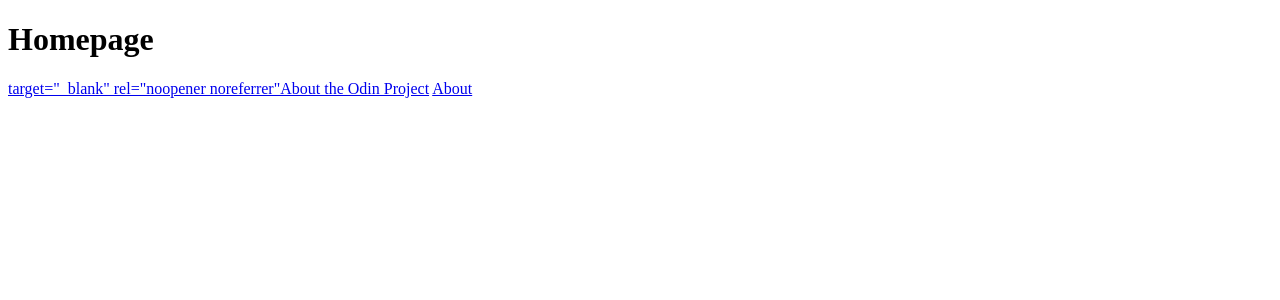
Repository: PamelaUzodimma/first-contributions
Page: odin-links-and-images/index.html
The author's editor kept a copy of each file at every save. The page is drawn from the files as they stood at one save, then again after the next save.
The browser window is 1280 px wide. The pictures show the whole page.

Above is the page before, as saved 2025-05-26 09:00:03.

After the next save:
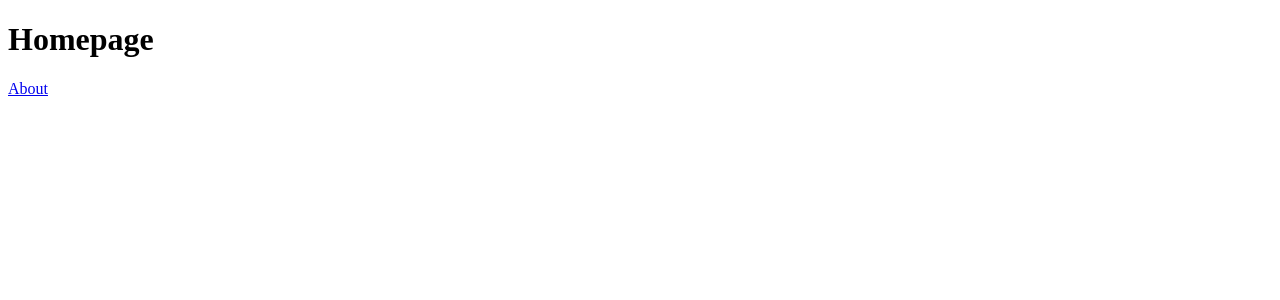
Saved 3 min 13 s later.
--- a/odin-links-and-images/index.html
+++ b/odin-links-and-images/index.html
@@ -7,7 +7,7 @@
 </head>
 <body>
     <h1>Homepage</h1>
-    <a href="https://www.theodinproject.com/about"> target="_blank" rel="noopener noreferrer"About the Odin Project</a>
+    <a href="https://www.theodinproject.com/about" target="_blank" rel="noopener noreferrer"About the Odin Project</a>
     <a href="about.html">About</a>
 </body>
 </html>
